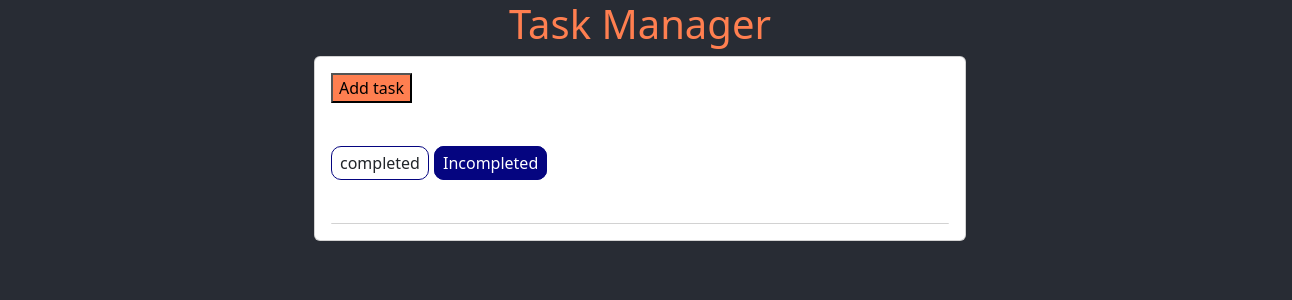
Repository: Jcparks84/task_manager
Page: / (app in frontend/)
An editor plug-in stored every save of this project. The page is shown before and after a run of saves, followed by the edit.
The browser window is 1280 px wide. The page is 1292 px wide, so the pictures cover 1292 px, including what lies to the right of the window. The pictures show the whole page.
The page's requests for data from a server got no answer. The project was rebuilt for these pictures with package versions that can differ from the ones it lists, and the page was loaded fresh each time. No one was signed in, and anything a server would have sent is missing. Also part of the build but not shown: frontend/src/components/Modal.js.

Above is the page before, as saved 2022-08-11 17:15:58.

### frontend/src/index.css
html {
  background-color: #282c34;
}

body {
  margin: 0;
  padding:0;
  font-family: sans-serif;
  -webkit-font-smoothing: antialiased;
}

.todo-title{
  cursor:pointer;
}
.completed-todo {
  text-decoration: line-through;
}
.tab-list > span {
  padding: 5px 8px;
  border : 1px solid rgb(5, 5, 128);
  border-radius:10px;
  margin-right:5px;
  cursor: pointer;
}
.tab-list>span.active {
  background-color: rgb(5, 5, 128);
  color:#fff;
}

### frontend/src/App.js
import React, { Component } from "react";
import Modal from "./components/Modal";
import axios from 'axios';
import './App.css'
class App extends Component {
  constructor(props) {
    super(props);
    this.state = {
      viewCompleted: false,
      activeItem: {
        title: "",
        description: "",
        completed: false
      },
      taskList: []
    };
  }

  componentDidMount() {
    this.refreshList();
  }


  refreshList = () => {
    axios
      .get("http://localhost:8000/api/tasks/")
      .then(res => this.setState({ taskList: res.data }))
      .catch(err => console.log(err));
  };


  displayCompleted = status => {
    if (status) {
      return this.setState({ viewCompleted: true });
    }
    return this.setState({ viewCompleted: false });
  };


  renderTabList = () => {
    return (
      <div className="my-5 tab-list">
        <span
          onClick={() => this.displayCompleted(true)}
          className={this.state.viewCompleted ? "active" : ""}
        >
          completed
            </span>
        <span
          onClick={() => this.displayCompleted(false)}
          className={this.state.viewCompleted ? "" : "active"}
        >
          Incompleted
            </span>
      </div>
    );
  };

  renderItems = () => {
    const { viewCompleted } = this.state;
    const newItems = this.state.taskList.filter(
      item => item.completed === viewCompleted
    );
    return newItems.map(item => (
      <li
        key={item.id}
        className="list-group-item d-flex justify-content-between align-items-center"
      >
        <span
          className={`todo-title mr-2 ${this.state.viewCompleted ? "completed-todo" : ""
            }`}
          title={item.description}
        >
          {item.title}
        </span>
        <span>
          <button
            onClick={() => this.editItem(item)}
            className="btn btn-secondary mr-2"
          >
            Edit
          </button>
          <button
            onClick={() => this.handleDelete(item)}
            className="btn btn-danger"
          >
            Delete
          </button>
        </span>
      </li>
    ));
  };



  toggle = () => {
    this.setState({ modal: !this.state.modal });
  };

  handleSubmit = item => {
    this.toggle();
    if (item.id) {
      axios
        .put(`http://localhost:8000/api/tasks/${item.id}/`, item)
        .then(res => this.refreshList());
      return;
    }
    axios
      .post("http://localhost:8000/api/tasks/", item)
      .then(res => this.refreshList());
  };

  handleDelete = item => {
    axios
      .delete(`http://localhost:8000/api/tasks/${item.id}/`)
      .then(res => this.refreshList());
  };

  createItem = () => {
    const item = { title: "", description: "", completed: false };
    this.setState({ activeItem: item, modal: !this.state.modal });
  };

  editItem = item => {
    this.setState({ activeItem: item, modal: !this.state.modal });
  };


  render() {
    return (
      <main className="content">
        <h1>Task Manager</h1>
        <div className="row ">
          <div className="col-md-6 col-sm-10 mx-auto p-0">
            <div className="card p-3">
              <div className="">
                <button onClick={this.createItem} className="add-button">
                  Add task
                    </button>
              </div>
              {this.renderTabList()}
              <ul className="list-group list-group-flush">
                {this.renderItems()}
              </ul>
            </div>
          </div>
        </div>
        {this.state.modal ? (
          <Modal
            activeItem={this.state.activeItem}
            toggle={this.toggle}
            onSave={this.handleSubmit}
          />
        ) : null}
      </main>
    );
  }
}
export default App;

### frontend/src/App.css
.App {
  text-align: center;
}

html, body, #wrapper {
  width: 100%;
  min-height: 100%;
}

.App-logo {
  height: 40vmin;
  pointer-events: none;
}

@media (prefers-reduced-motion: no-preference) {
  .App-logo {
    animation: App-logo-spin infinite 20s linear;
  }
}

.App-header {
  background-color: #282c34;
  min-height: 100vh;
  display: flex;
  flex-direction: column;
  align-items: center;
  justify-content: center;
  font-size: calc(10px + 2vmin);
  color: white;
}

.App-link {
  color: #61dafb;
}

.content {
  background-color: #282c34;
}

h1 {
  text-align: center;
  color: coral;
  padding: auto;
}

.add-button {
  background-color: coral;
  text-decoration: wavy;
}


@keyframes App-logo-spin {
  from {
    transform: rotate(0deg);
  }
  to {
    transform: rotate(360deg);
  }
}

Loaded but not shown: frontend/public/index.html (common file); frontend/src/index.js (common file); frontend/src/reportWebVitals.js (common file)

After the next 5 saves:
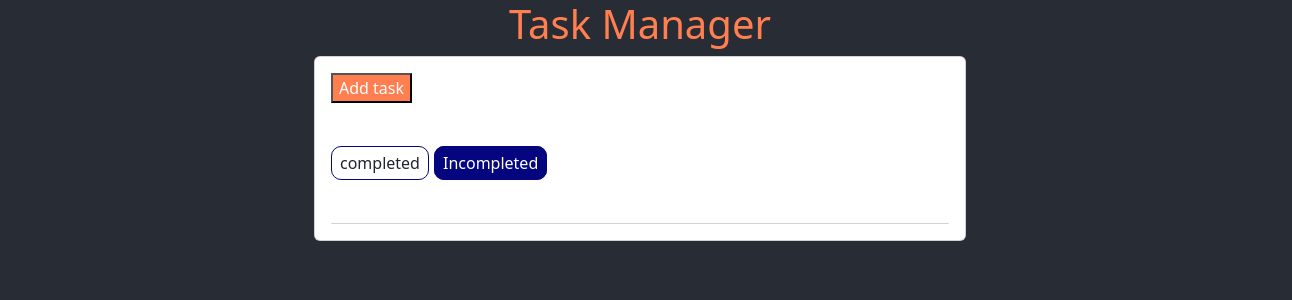
The 5 saves are shown as one change because they came seconds apart.
The last was saved 21 s later.
--- a/frontend/src/App.css
+++ b/frontend/src/App.css
@@ -45,7 +45,7 @@ h1 {
 
 .add-button {
   background-color: coral;
-  text-decoration: wavy;
+color: white;
 }
 
 
